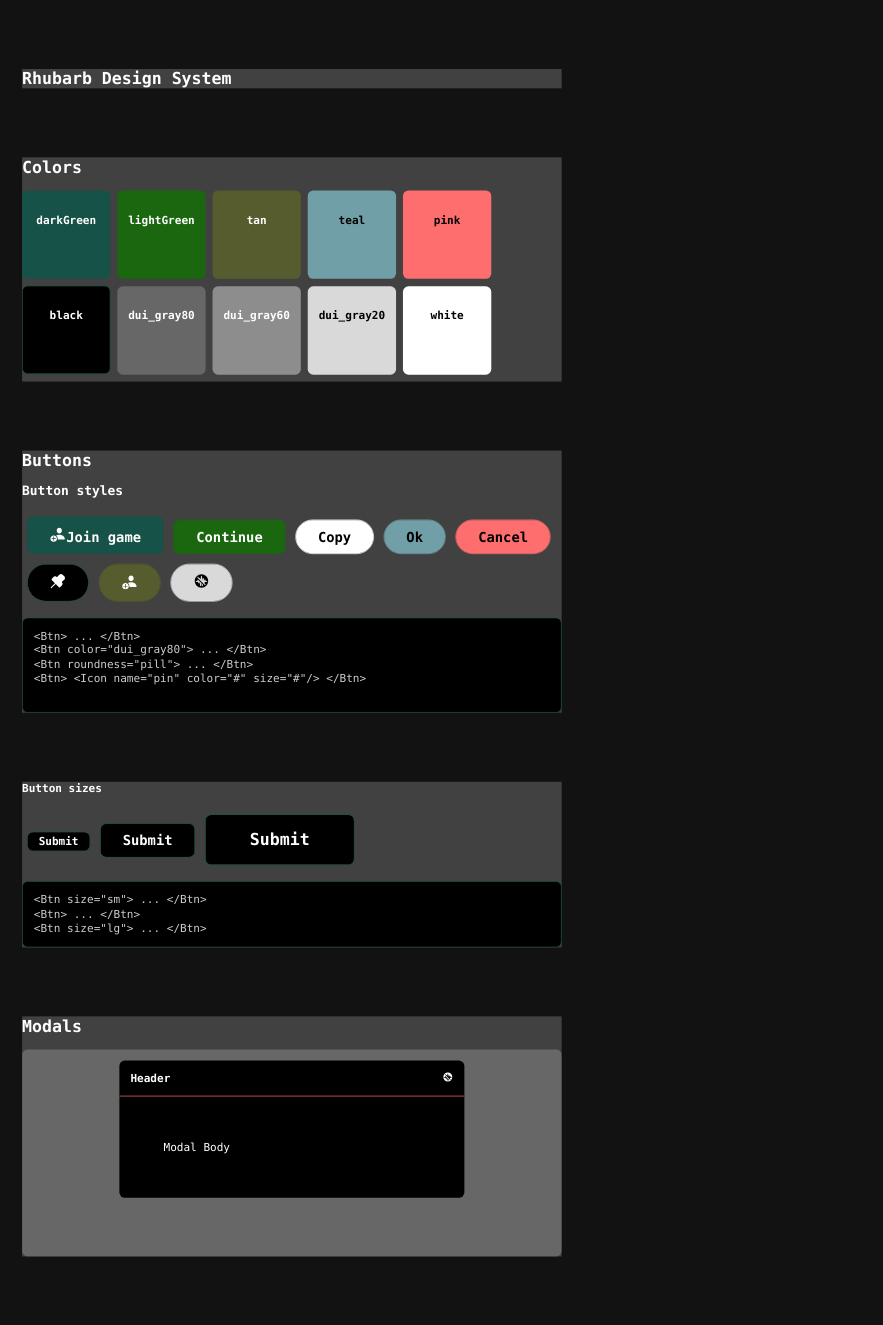
Repository: kttalley/designing-with-data_react-class
Page: / (app in lesson6_design-system-component-extension/)
The author's editor kept a copy of each file at every save. The page is drawn from the files as they stood at one save, then again after the next save.
The browser window is 1280 px wide. The pictures show the whole page, at 69% of full size.
The project was rebuilt for these pictures with package versions that can differ from the ones it lists, and the page was loaded fresh each time. Imported but missing from the stored project, and not drawn on this page: lesson6_design-system-component-extension/src/Rhubarb/Input.

Above is the page before, as saved 2023-09-01 13:07:21.

### lesson6_design-system-component-extension/src/App.js
import React, { Component } from 'react';
import { DocsSection, DocsColorBox, DocsModalContainer, DocsCodeBlock } from './Docs';
import Icon from './Rhubarb/Icon'

import {
  GlobalStyle,
  Btn,
  Modal,
  fontSize,
  color,
} from './Rhubarb';

class App extends Component {
  render() {
    return (
      <div>
        <GlobalStyle />

        <DocsSection>
          <h1>Rhubarb Design System</h1>
        </DocsSection>
        <DocsSection>
          <h2>Colors</h2>
          <DocsColorBox color="darkGreen">darkGreen</DocsColorBox>
          <DocsColorBox color="lightGreen">lightGreen</DocsColorBox>
          <DocsColorBox color="tan">tan</DocsColorBox>
          <DocsColorBox color="teal">teal</DocsColorBox>
          <DocsColorBox color="pink">pink</DocsColorBox>
          <DocsColorBox color="black">black</DocsColorBox>
          <DocsColorBox color="dui_gray80">dui_gray80</DocsColorBox>
          <DocsColorBox color="dui_gray60">dui_gray60</DocsColorBox>
          <DocsColorBox color="dui_gray20">dui_gray20</DocsColorBox>
          <DocsColorBox color="white">white</DocsColorBox>
        </DocsSection>

        <DocsSection>
          <h2>Buttons</h2>
          <h3>Button styles</h3>
          <Btn color="darkGreen">
            <Icon name="add" context="btn" color="#ffffff" size={fontSize[3]}></Icon>
            Join game
          </Btn>
          <Btn color="lightGreen">Continue</Btn>
          <Btn color="white"  roundness="pill">Copy</Btn>
          <Btn color="teal"  roundness="pill">Ok</Btn>
          <Btn color="pink"  roundness="pill">Cancel</Btn>
          <Btn roundness="pill">
            <Icon name="pin" size={fontSize[3]} />
          </Btn>
          <Btn roundness="pill" color="tan">
            <Icon name="add" size={fontSize[3]} />
          </Btn>
          <Btn color="dui_gray20" roundness="pill">
            <Icon name="cancel" color={color.black} size={fontSize[3]}></Icon>
          </Btn>
          <DocsCodeBlock>
            {`<Btn> ... </Btn>
            <Btn color="dui_gray80"> ... </Btn>
            <Btn roundness="pill"> ... </Btn>
            <Btn> <Icon name="pin" color="#" size="#"/> </Btn>

            `}
          </DocsCodeBlock>
      </DocsSection>
      <DocsSection>
          <h4>Button sizes</h4>
          <Btn size="sm">Submit</Btn>
          <Btn>Submit</Btn>
          <Btn size="lg">Submit</Btn>
           <DocsCodeBlock>
            {`<Btn size="sm"> ... </Btn>
            <Btn> ... </Btn>
            <Btn size="lg"> ... </Btn>
            `}
          </DocsCodeBlock>
        </DocsSection>


        <DocsSection>
          <h2>Modals</h2>
         <DocsModalContainer>
            <Modal header="Header">
              Modal Body
            </Modal>
         </DocsModalContainer>

        </DocsSection>
      </div>
    );
  }
}

export default App;

### lesson6_design-system-component-extension/src/Docs/index.js
import styled from 'styled-components';
import {color, space, isDarkBackground, fontSize} from '../Rhubarb';

export const DocsColorBox = styled.div`
background-color: ${ props => color[props.color] ? color[props.color] : color.black };
  color: ${props => isDarkBackground(props.color) ? color.black : color.white};
  height: ${space[6] + 'px'};
  width: ${space[6] + 'px'};
  padding-top: 33px;
  text-align: center;
  font-weight: bold;
  display: inline-block;
  margin-right: 10px;
  margin-bottom: 10px;
  border-radius: 8px;
  border: ${props => props.color === "black" ? '1px solid' + color.darkGreen : 'none'}
`;

export const DocsSection = styled.section`
  margin: 100px 32px;
  max-width: 782px;
  background: ${color.dui_gray80}
`;

export const DocsModalContainer = styled.section`
  position: relative;
  height: 300px;
  border-radius: 8px;
  padding: 1rem;
  background: ${color.dui_gray80}
`;

export const DocsCodeBlock = styled.code`
  border: 1px solid ${color.darkGreen};
  background-color: ${color.black};
  color: ${color.dui_gray20};
  border-radius: 8px;
  display: block;
  font-family: consolas, monospace;
  line-height: 1.3;
  padding: ${space[3] + 'px'};
  white-space: pre-line;
  font-size: ${fontSize[1]};
  margin-top: ${space[3] + 'px'};
   max-width: 832px;
  transition: 0.15s color ease;

  &::selection {
    color: ${color.black};
    background-color: ${color.pink};
  }

  &:hover {
    color: ${color.white};
  }


`;

### lesson6_design-system-component-extension/src/Rhubarb/Icon.js
import React from 'react';
import Styled, { css } from 'styled-components'



const Icon = function(props) {
    const {name, context, color="white", size=16, ...rest} = props;
    const Drawing = IconMap[name] ? IconMap[name] : null;
    const iconStyles = {
        ...(context === 'btn' && {
            marginRight: '200px',
            color: "red",
            padding: '8px',
            size: '500px'

        }),
    }

    return (
        <svg
            width={size}
            height={size}
            {...rest}
            viewBox="0 0 32 32"
        >
            <Drawing color={color} />
        </svg>

    );

}

function Add(props) {
    return (
        <path fill={props.color} d="M18.6025 16.2451C15.8604 16.2451 13.5879 13.8203 13.5879 10.6846C13.5752 7.65039 15.8857 5.25098 18.6025 5.25098C21.332 5.25098 23.6172 7.625 23.6172 10.6719C23.6172 13.8203 21.3447 16.2451 18.6025 16.2451ZM18.5898 18.5176C25.1406 18.5176 29.2158 23.0117 29.2158 26.2744C29.2158 27.3789 28.5049 27.874 26.7783 27.874H15.4033C15.5303 27.3408 15.5938 26.7695 15.5938 26.1982C15.5938 23.6973 14.4004 21.4756 12.5596 20.0537C14.1719 19.127 16.2158 18.5176 18.5898 18.5176ZM7.79883 32.5078C4.3457 32.5078 1.48926 29.6641 1.48926 26.1982C1.48926 22.7324 4.3457 19.876 7.79883 19.876C11.2646 19.876 14.1211 22.7324 14.1211 26.1982C14.1211 29.6514 11.2393 32.5078 7.79883 32.5078ZM7.81152 30.3496C8.20508 30.3496 8.52246 30.0703 8.52246 29.6641V26.8584H11.125C11.5059 26.8584 11.8105 26.5664 11.8105 26.1855C11.8105 25.8047 11.5059 25.5127 11.125 25.5127H8.52246V22.7197C8.52246 22.3008 8.20508 22.0342 7.81152 22.0342C7.41797 22.0342 7.10059 22.3008 7.10059 22.7197V25.5127H4.48535C4.11719 25.5127 3.8125 25.8047 3.8125 26.1855C3.8125 26.5664 4.11719 26.8584 4.48535 26.8584H7.10059V29.6641C7.10059 30.0703 7.41797 30.3496 7.81152 30.3496Z"></path>
    )
}


function Pin(props) {
    return (
        <path fill={props.color} d="M28.1831 13.4035C28.601 12.9858 28.9325 12.49 29.1587 11.9442C29.3849 11.3984 29.5014 10.8134 29.5015 10.2226C29.5016 9.63174 29.3853 9.0467 29.1592 8.50084C28.9332 7.95498 28.6019 7.45899 28.1841 7.0412L24.9849 3.82147C24.1379 2.97781 22.9906 2.50501 21.7951 2.50703C20.5997 2.50904 19.454 2.9857 18.6099 3.83221L14.354 8.35272C14.2599 8.44609 14.1326 8.49847 14 8.49847C13.8674 8.49847 13.7402 8.44609 13.646 8.35272C13.2271 7.93628 12.7279 7.60921 12.1789 7.39132C11.6298 7.17344 11.0422 7.06928 10.4517 7.08514C9.25462 7.11643 8.11615 7.60989 7.27491 8.46209L3.93702 11.9504C3.65616 12.2318 3.49835 12.6131 3.49816 13.0107C3.49797 13.4083 3.65543 13.7898 3.93602 14.0715L10.2144 20.3666L2.29341 28.2931C2.20056 28.386 2.12691 28.4962 2.07666 28.6175C2.02641 28.7389 2.00055 28.8689 2.00055 29.0002C2.00055 29.1315 2.02641 29.2615 2.07666 29.3828C2.12691 29.5041 2.20056 29.6144 2.29341 29.7072C2.38626 29.8001 2.49649 29.8737 2.6178 29.924C2.73911 29.9742 2.86913 30.0001 3.00044 30.0001C3.13175 30.0001 3.26177 29.9742 3.38308 29.924C3.5044 29.8737 3.61462 29.8001 3.70747 29.7072L11.6266 21.7825L17.8891 28.0617C18.0288 28.2015 18.1948 28.3122 18.3775 28.3877C18.5602 28.4631 18.7559 28.5016 18.9536 28.5012C19.1477 28.5019 19.3402 28.4644 19.5198 28.3906C19.6995 28.3169 19.8628 28.2084 20.0004 28.0715L23.5463 24.718C24.4021 23.8866 24.8934 22.7498 24.9124 21.5568C24.9315 20.3638 24.4767 19.212 23.6479 18.3537C23.555 18.2608 23.5025 18.135 23.5015 18.0036C23.5006 17.8722 23.5515 17.7458 23.643 17.6515L28.1831 13.4035Z"></path>
    )
}
function Cancel(props) {
    return (
        <path fill={props.color} d="M29 16C29 23.1797 23.1797 29 16 29C8.8203 29 3 23.1797 3 16C3 8.8203 8.8203 3 16 3C23.1797 3 29 8.8203 29 16ZM16.9957 6.9078C16.9481 6.39344 16.5166 6 16 6C15.4834 6 15.0519 6.39344 15.0043 6.9078L14.438 13.0238L13.796 12.3818L13.6593 11.265C13.5997 10.7785 13.1962 10.4068 12.7064 10.3873C12.4524 10.3772 12.2141 10.4634 12.0298 10.6156L9.70711 8.29289C9.31658 7.90237 8.68342 7.90237 8.29289 8.29289C7.95024 8.63555 7.90824 9.16501 8.16689 9.55346L22.4466 23.8331C22.835 24.0918 23.3645 24.0498 23.7071 23.7071C24.0976 23.3166 24.0976 22.6834 23.7071 22.2929L21.6914 20.2772C21.812 20.1618 21.9048 20.0154 21.9562 19.8473L22.6544 17.5661C22.8345 17.7326 23.0745 17.8319 23.3333 17.8319H26C26.5523 17.8319 27 17.3842 27 16.8319C27 16.2796 26.5523 15.8319 26 15.8319H24.118L23.638 13.8714C23.5309 13.4342 23.145 13.1224 22.6951 13.1096C22.2452 13.0968 21.8422 13.3862 21.7105 13.8166L21.194 15.5038L20.3131 11.1866C20.2151 10.7063 19.7834 10.3679 19.2936 10.3873C18.8038 10.4068 18.4003 10.7785 18.3407 11.265L17.8046 15.6439L16.9957 6.9078ZM18.9044 23.1194L16.2417 20.4567L16.6709 25.0922C16.718 25.6009 17.1411 25.9924 17.6519 25.9999C18.1628 26.0074 18.5972 25.6287 18.6593 25.1215L18.9044 23.1194ZM15.7993 20.0142L10.8878 15.1028L10.806 15.5038L10.593 14.808L8.96462 13.1796C8.67 13.2965 8.4407 13.5501 8.36203 13.8714L7.88198 15.8319H6C5.44772 15.8319 5 16.2796 5 16.8319C5 17.3842 5.44772 17.8319 6 17.8319H8.66667C8.92551 17.8319 9.16553 17.7326 9.3456 17.5661L10.0438 19.8473C10.1776 20.2846 10.5911 20.5754 11.0478 20.5535C11.5046 20.5316 11.8884 20.2026 11.9798 19.7545L12.4197 17.5986L13.3407 25.1215C13.4028 25.6287 13.8372 26.0074 14.3481 25.9999C14.8589 25.9924 15.282 25.6009 15.3291 25.0922L15.7993 20.0142ZM19.7257 18.3115L19.5184 18.1042L19.5803 17.5986L19.7257 18.3115Z"/>
    )
};




const IconMap = {
    "add": Add,
    "pin": Pin,
    "cancel": Cancel,
};


export default Icon;

### lesson6_design-system-component-extension/src/Rhubarb/index.js
//this file indexes all Rhubarb components for export

import { createGlobalStyle } from "styled-components";

export const GlobalStyle = createGlobalStyle`
  * {
    box-sizing: border-box;
  }

  body {
    margin: 0;
    padding: 0;
    font-family: menlo, sans-serif;
    background-color: #121212;
    color: white;
  }
`;


export * from './Button';
export * from './Input';
export * from './Utils';
export * from './Modal';
export * from './Icon';

### lesson6_design-system-component-extension/src/Rhubarb/Button.js
import { color, space, isDarkBackground, fontSize} from './Utils';
import styled, { css } from 'styled-components';

export const Btn = styled.button`
  background-color: ${ props => color[props.color] ? color[props.color] : color.black };
  color: ${props => isDarkBackground(props.color) ? color.black : color.white};
  outline: 1px solid ${ props => color[props.color] ? color[props.color] : color.darkGreen };
  border-radius: 8px;
  padding: ${space[3] + 'px'};
  margin: ${space[2] + 'px'};
  font-family: menlo;
  font-weight: bold;
  border: none;
  transition: 0.1s all ease;
  font-size: ${fontSize[2]};
  padding: ${space[2] + 4 + 'px'} ${space[4] + 'px'};

  &:hover {
    cursor: pointer;
    filter: brightness(1.1);
    transform: scale(1.1);
  }

  ${props => props.size === 'sm' && css`
    font-size: ${fontSize[1]};
    padding: ${space[1] + 2 + 'px'} ${space[3] + 'px'};
  ` }

    ${props => props.size === 'lg' && css`
      font-size: ${fontSize[3]};
      padding: ${space[3] + 6 + 'px'} ${space[5] + 'px'};
  ` }

  ${props => props.roundness === 'pill' && css`
    border-radius: 32px;
  `}

  ${props => props.color === "black" && css`
    outline: 2px solid green;

  `}


`;

### lesson6_design-system-component-extension/src/Rhubarb/Utils.js
export const color = {

  //core colors
  darkGreen: '#165247',
  tan: '#565C2D',
  lightGreen: '#1A6710',
  teal: '#719FA7',
  pink: '#FF6E6E',

  //grayscale - needs lui
  black: '#000000',
  dui_gray80: '#FFFFFF33',
  dui_gray60: '#FFFFFF66',
  dui_gray40: '##FFFFFF44',
  dui_gray20: '#FFFFFFCC',
  white: '#FFFFFF',
  // solid grays, no opacity,
  //for sake of utility function below
  gray1: '#606060',
  gray2: '#313131',
  gray3: '#181818'

}

export const space = [
  0,
  2,
  8,
  16,
  32,
  64,
  128,
  256,
  512
];

export const fontSize = [
  '14px',
  '16px',
  '20px',
  '24px',
  '32px',
  '64px'
];


export const isDarkBackground = function(color) {
  if (color) {
    if (color.includes('dui_gray20') || color.includes('teal') || color.includes('pink') || color.includes('white')) {
      return true;
    } else {
      return false;
    }
  }
}

### lesson6_design-system-component-extension/src/Rhubarb/Modal.js
import { color, space, fontSize, isDarkBackground} from './Utils';
import React from 'react';
import styled from 'styled-components';
import Icon from './Icon';

const ModalOverlay = styled.div`
  background-color: ${color.dui_gray80};
  position: fixed;
  right: 0;
  left: 0;
  top: 0;
  bottom: 0;
  padding: 1rem;
  margin: 1rem;
  border-radius: ${space[2] + 'px'};
`;

const ModalContainer = styled.div`
  background-color: ${color.black};
  margin: 0 auto;
  position: absolute:
  top: 75px;
  bottom: 75px;
  left: 0;
  right: 0;
  width: 500px;
  margin-left: auto;
  margin-right: auto;
  border-radius: 8px;
  overflow: auto;
`;

const ModalHeader = styled.div`
  border-bottom: 1px solid ${color.pink};
  padding: ${space[3] + 'px'};
  display: flex;
  justify-content: space-between;
  font-weight: bold;
  font-size:${fontSize[1]};
`;

const ModalBody = styled.div`
  padding: ${space[5] + 'px'}

`;


const ModalDismissIcon = styled.div`
  float: right;
  transition: 0.2s opacity easy;
  cursor: pointer;

  &:hover {
    opacity: 0.6;
  }
`;


export const Modal = function(props) {
  return(
    <ModalContainer>
      <ModalHeader>
        <span>
          { props.header }
        </span>
        {/* <ModalDismissIcon onClick={ props.onDismiss } name="remove" size={20} fill={color.white} /> */}
        <Icon name="cancel" onClick={ props.onDismiss}></Icon>
      </ModalHeader>
      <ModalBody>
        { props.children }
      </ModalBody>
    </ModalContainer>
  )
};


export const ModalWithOverlay = function(props) {
  return (
    <ModalOverlay>
      <Modal {...props} />
    </ModalOverlay>
  )
};

Loaded but not shown: lesson6_design-system-component-extension/public/index.html (common file); lesson6_design-system-component-extension/src/index.js (common file); lesson6_design-system-component-extension/src/index.css (common file); lesson6_design-system-component-extension/src/reportWebVitals.js (common file)

After the next save:
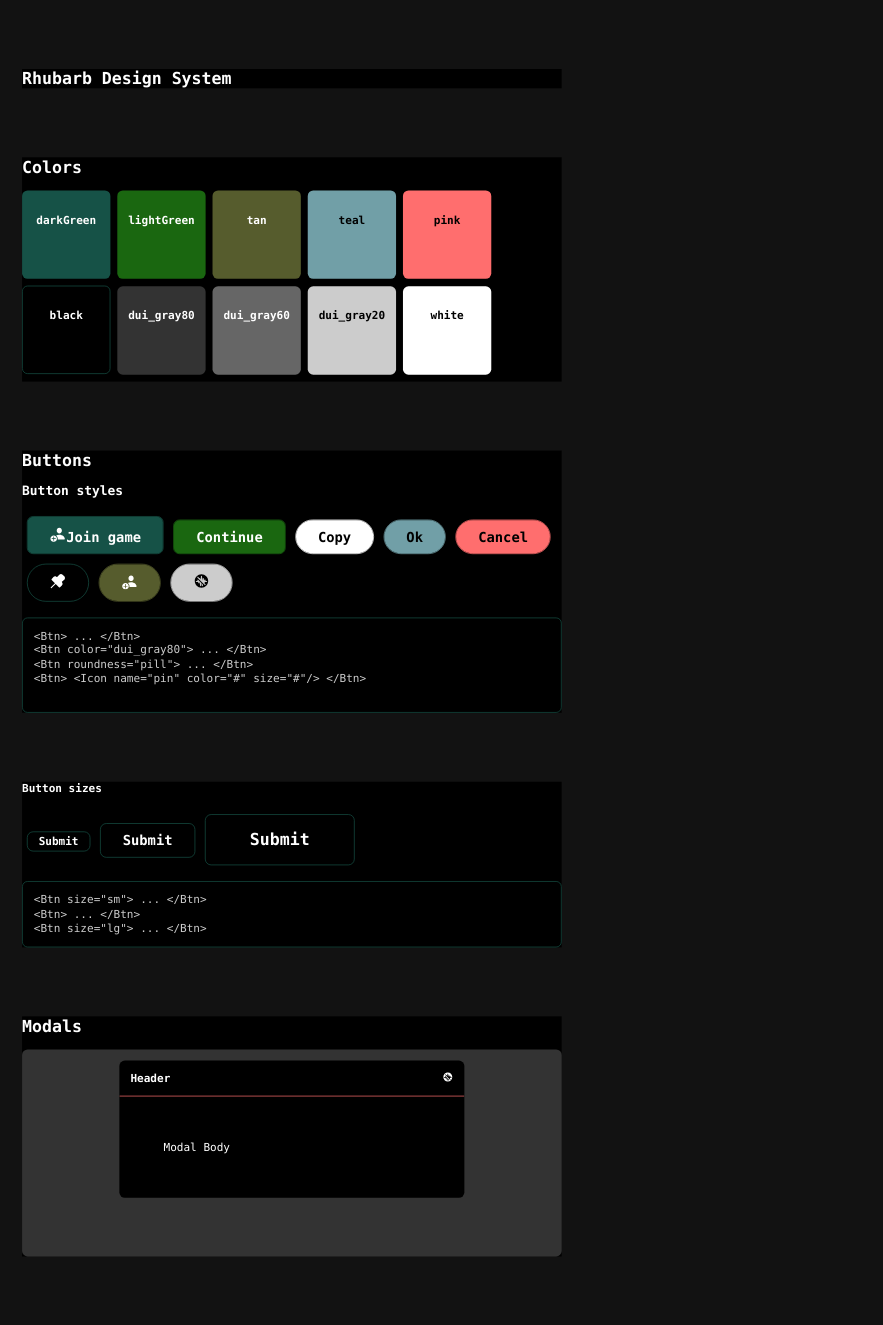
Saved 11 s later.
--- a/lesson6_design-system-component-extension/src/Docs/index.js
+++ b/lesson6_design-system-component-extension/src/Docs/index.js
@@ -19,7 +19,7 @@ background-color: ${ props => color[props.color] ? color[props.color] : color.bl
 export const DocsSection = styled.section`
   margin: 100px 32px;
   max-width: 782px;
-  background: ${color.dui_gray80}
+  background: ${color.black}
 `;
 
 export const DocsModalContainer = styled.section`
